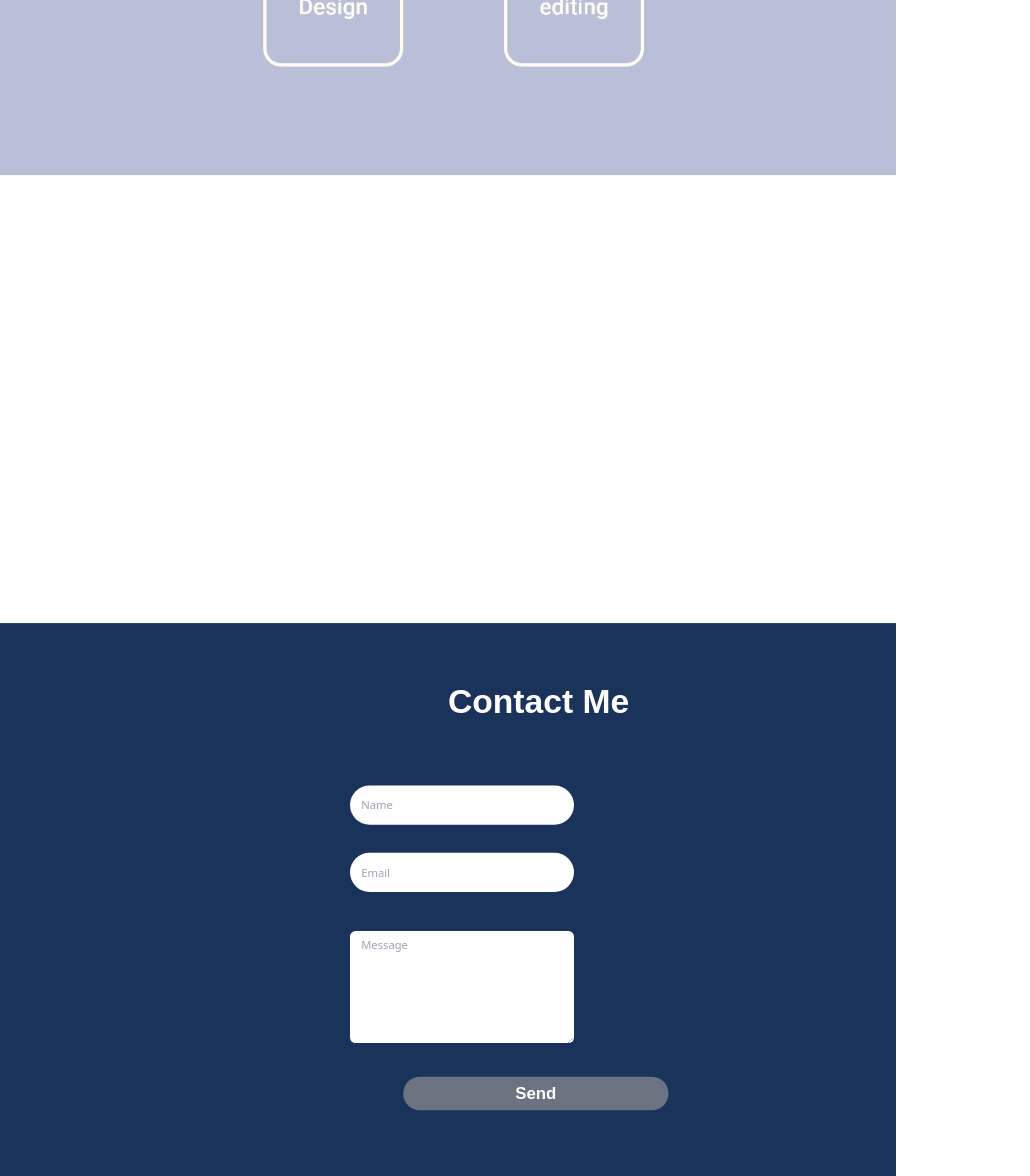
Repository: MEROO1010/my_portfolio
Page: /
The author's editor kept a copy of each file at every save. The page is drawn from the files as they stood at one save, then again after the next save.
The browser window is 1280 px wide. The page is 1472 px wide, so the pictures cover 1472 px, including what lies to the right of the window. The pictures show the part of the page from y = 3113 to 4793 px (the page is 5137 px tall before and 4883 px after), at 70% of full size.
The project was rebuilt for these pictures with package versions that can differ from the ones it lists, and the page was loaded fresh each time. The framework's server and built-in components were replaced by stand-ins that run in the browser. Also part of the build but not shown: next.config.js.

Above is the page before, as saved 2023-10-04 12:43:18.

### pages/_app.tsx
import '../styles/globals.css'
import type { AppProps } from 'next/app'
import 'tailwindcss/tailwind.css'


function MyApp({ Component, pageProps }: AppProps) {
  return <Component {...pageProps} />
}

export default MyApp

### pages/index.tsx
import type { NextPage } from 'next'
import AboutMe from './components/AboutMe'
import ContactMe from './components/ContactMe'
import Experience from './components/Experience'
import HomePage from './components/HomePage'
import Services from './components/Services'

const Home: NextPage = () => {
  return (
    <div>

      <HomePage/>
      <AboutMe/>
      <Experience/>
      <Services/>
      <ContactMe/>
    </div>
  )
}

export default Home

### styles/globals.css
@tailwind base;
@tailwind components;
@tailwind utilities;
@import url('https://fonts.googleapis.com/css2?family=Raleway:ital,wght@0,400;0,500;0,600;0,700;1,500;1,600&display=swap')

### pages/components/AboutMe.tsx
import React from 'react'
import Image from 'next/image'


const AboutMe = () => {
  return (
    <div >


        <div className="  static my-80 py-80  top-20    ">
        <Image src="/assets/images/bg2.png" alt="laptop" width={1920} height={5200}/>
        </div>



        <div className=" text-[#FFFCF6] relative right-20 bottom-60     ">
            <div className=" absolute  mx-60 my-80 py-80 bottom-80  left-24
 ">
            <h1 className="  font-raleway font-bold  text-[50px]">About me</h1>
            <br/>
            </div>

            <div className="absolute  mx-24 py-80 bottom-32 left-24 ">
            <p className='font-raleway  font-medium   text-[50px]'>
            My name is Marwah Alsaggaf,<br/> and I'm software-developer <br/>
            and graphic designer. I <br/>
            graduated from Arab open <br/> university with a major in
             <br/> Information Technology and Computing
            </p>
            </div>
        </div>

    </div>
  )
}

export default AboutMe

### pages/components/ContactMe.tsx
import React from 'react';
import Form from './Form'

const ContactMe =() =>{


  return (

    <div className="relative  bottom-80 h-screen">
    <div className="relative my-80 py-80  bg-[#19335A]">
      <div>
        <h1 className="absolute py-2 px-60 mx-20 top-20 left-80 font-raleway font-bold text-5xl text-white">
          Contact Me
        </h1>

        <Form />
      </div>
    </div>
    </div>

  );
  }

export default ContactMe;

### pages/components/Experience.tsx
import React from "react";
import Image from "next/image";
import { motion } from "framer-motion";
import 'animate.css';


const Experience = () => {
  return (
    <div className="relative   bottom-80">
      <div className="relative  bottom-80      " >
      <div className="bg-[#19335A] static py-12">
        <div className="absolute px-60 py-20 mx-80 left-24  ">
          <h1 className="text-[#FFFCF6] text-[46px]  font-raleway font-bold ">
            Experience
          </h1>
        </div>
        <motion.div
      className="box"
      whileHover={{ scale: 1.1 }}
      transition={{ type: "spring", stiffness: 400, damping: 10 }}
      initial={{ opacity: 0, scale: 0.5 }}
      animate={{ opacity: 1, scale: 1 }}

    >
        <div >
          <Image
            className="relative mx-4 left-24 top-60 "
            src="/assets/images/programming-languges.png" alt={""}
            width={542}
            height={542}
            />
        </div>
        </motion.div>
        <div className="relative mx-60 left-80 bottom-80 ">
        <motion.div
      className="box"
      whileHover={{ scale: 1.1 }}
      transition={{ type: "spring", stiffness: 400, damping: 10 }}
      initial={{ opacity: 0, scale: 0.5 }}
      animate={{ opacity: 1, scale: 1 }}
    >
          <Image
            className="relative mx-60  left-8 top-11 "
            src="/assets/images/software.png"
            alt="laptop"
            width={542}
            height={542}
          />
        </motion.div>
        </div>


      </div>
    </div>
    </div>
  );
};

export default Experience;

### pages/components/HomePage.tsx
import React from 'react'
import Image from 'next/image'


const HomePage = () => {
  return (
    <div className='bg-slate-700'>
        <Image src="/header.png" alt="Header" width={2000} height={0}/>

        <div className='mx-16 py-1  top-1  absolute	  '>
        <Image src="/my_logo_white.png" alt="My Logo" width={50} height={0}/>
        </div>

        <div>
          <ul className=' relative   float-right flex flex-col  px-12 mx-40 py-1 right-28   bottom-14   space-x-16 md:flex-row text-[#FFFCF6] text-[24px] font-raleway'>
            <li>Home</li>
            <li>About Me</li>
            <li>Skills</li>
            <li>My Work</li>
            <li>Contact Me</li>
          </ul>
        </div>


       <div className=' absolute   '>
       <Image src="/assets/images/MainPage.png" alt="main image" width={1920} height={912}/>
        {/*add About Me button*/}
       <div className='absolute px-10 my-80 mx-60 left-80 top-32 '>
       <button className='bg-[#19335A] rounded-3xl w-60 h-10  text-[20px] text-[#B8BFD6] font-raleway font-semibold shadow-xl' >About me</button>
       </div>

        {/*add my others accounts list*/}

        <div>
          <ul className=' absolute   float-right flex flex-col top-80 py-60 px-40 mx-80 right-40   space-x-8 md:flex-row '>
            <li><a href='https://github.com/MEROO1010'><Image src="/assets/images/github.png" alt="main image" width={54} height={54}/></a></li>
            <li><a href='https://www.instagram.com/meroo_alsaggaf/'><Image src="/assets/images/instagram.png" alt="main image" width={64} height={53}/></a></li>
            <li><a href='https://www.behance.net/merooalsaggaf'><Image src="/assets/images/behance.png" alt="main image" width={54} height={54}/></a></li>
            <li><a href='https://www.linkedin.com/in/marwah-alsaggaf-ba44011b2/'><Image src="/assets/images/linkedIn.png" alt="main image" width={54} height={54}/></a></li>
          </ul>
        </div>
       </div>






    </div>
  )
}

export default HomePage

### pages/components/Services.tsx
import React from 'react'
import Square from './Square'

const Services = () => {
  return (
    <div className="relative  bottom-80">
      <div className="relative py-80 bottom-80 bg-[#B8BFD6]">
        <div className="h-40">
          {" "}
          {/* Change h-40 to h-auto */}
          <div>
            <h1 className="relative  px-80 bottom-80 left-60 mx-40 my-20  font-raleway font-bold text-4xl text-[#FFFCF6]">
              Service
            </h1>
          </div>
          <Square />
        </div>
      </div>
    </div>
  );
}

export default Services

### pages/components/Form.tsx
import React, { useState } from 'react';

const Form = () => {
  const [formData, setFormData] = useState({
    name: '',
    email: '',
    message: ''
  });

  const handleSubmit = async (e: { preventDefault: () => void; }) => {
    e.preventDefault();

    try {
      const response = await fetch('/api/contact', {
        method: 'POST',
        headers: {
          'Content-Type': 'application/json'
        },
        body: JSON.stringify(formData)
      });

      if (response.ok) {
        alert('Message sent successfully!');
        setFormData({ name: '', email: '', message: '' });
      } else {
        alert('Error sending message');
      }
    } catch (error) {
      console.error('Error:', error);
      alert('Error sending message');
    }
  };

  const handleChange = (e: { target: { name: any; value: any; }; }) => {
    const { name, value } = e.target;
    setFormData((prevData) => ({
      ...prevData,
      [name]: value
    }));
  };

  return (
    <div className="text-center">
      <form onSubmit={handleSubmit}>
        <input
          type="text"
          name="name"
          placeholder="Name"
          value={formData.name}
          onChange={handleChange}
          className="relative px-4 py-2 mx-4 my-2  left-5 bottom-24 rounded-full h-14 w-80"
        /><br/><br/>
        <input
          type="text"
          name="email"
          placeholder="Email"
          value={formData.email}
          onChange={handleChange}
          className="relative px-4 py-2 mx-4 my-2 left-5 bottom-24 rounded-full h-14 w-80"
        /><br/>
        <textarea
          name="message"
          placeholder="Message"
          value={formData.message}
          onChange={handleChange}
          className="relative px-4 py-2 mx-14 my-20 left-5 bottom-32 rounded-lg h-40 w-80"
        ></textarea>
        <button
          type="submit"
          className="absolute bottom-54 left-64 px-40 py-2 mx-80 my-40 font-raleway text-2xl font-semibold text-white bg-gray-500 w-120 h-12 rounded-full"
        >
          Send
        </button>
      </form>
    </div>
  );
};

export default Form;

### pages/components/Square.tsx
import React from 'react'
import Image from 'next/image'
import { motion } from "framer-motion";


const Square = () => {
  return (
    <div className="flex justify-center items-center h-screen relative  left-48 bottom-40">
    <div className="grid grid-cols-3 gap-20">

        <div className="relative right-40 bottom-60 ">
            <Image src="/assets/images/logodesign.png" alt="Logo Design" width={200} height={200} />
        </div>

        <div className="relative  right-40 bottom-60">
            <Image src="/assets/images/programming.png" alt="Programming" width={240} height={200} />
        </div>

        <div className="relative right-40 bottom-60">
            <Image src="/assets/images/uiux.png" alt="UI/UX Design" width={200} height={200} />
        </div>

        <div className="relative right-4 bottom-60">
            <Image src="/assets/images/webdesign.png" alt="Web Design" width={200} height={200} />
        </div>

        <div className="relative left-2 bottom-60">
            <Image src="/assets/images/videoediting.png" alt="Video Editing" width={200} height={200} />
        </div>
    </div>
</div>

  )
}

export default Square

### tailwind.config.js
/** @type {import('tailwindcss').Config} */
module.exports = {
   purge: ['./pages/**/*.{js,ts,jsx,tsx}', './components/**/*.{js,ts,jsx,tsx}'],
  content: [
    './pages/**/*.{js,ts,jsx,tsx}',
    './components/**/*.{js,ts,jsx,tsx}',
    './app/**/*.{js,ts,jsx,tsx}',
  ],
  theme: {
    extend:
    {
      fontFamily: {
        'raleway': ['Raleway', 'sans-serif']
      },
    },
  },
  plugins: [],
}

After the next save:
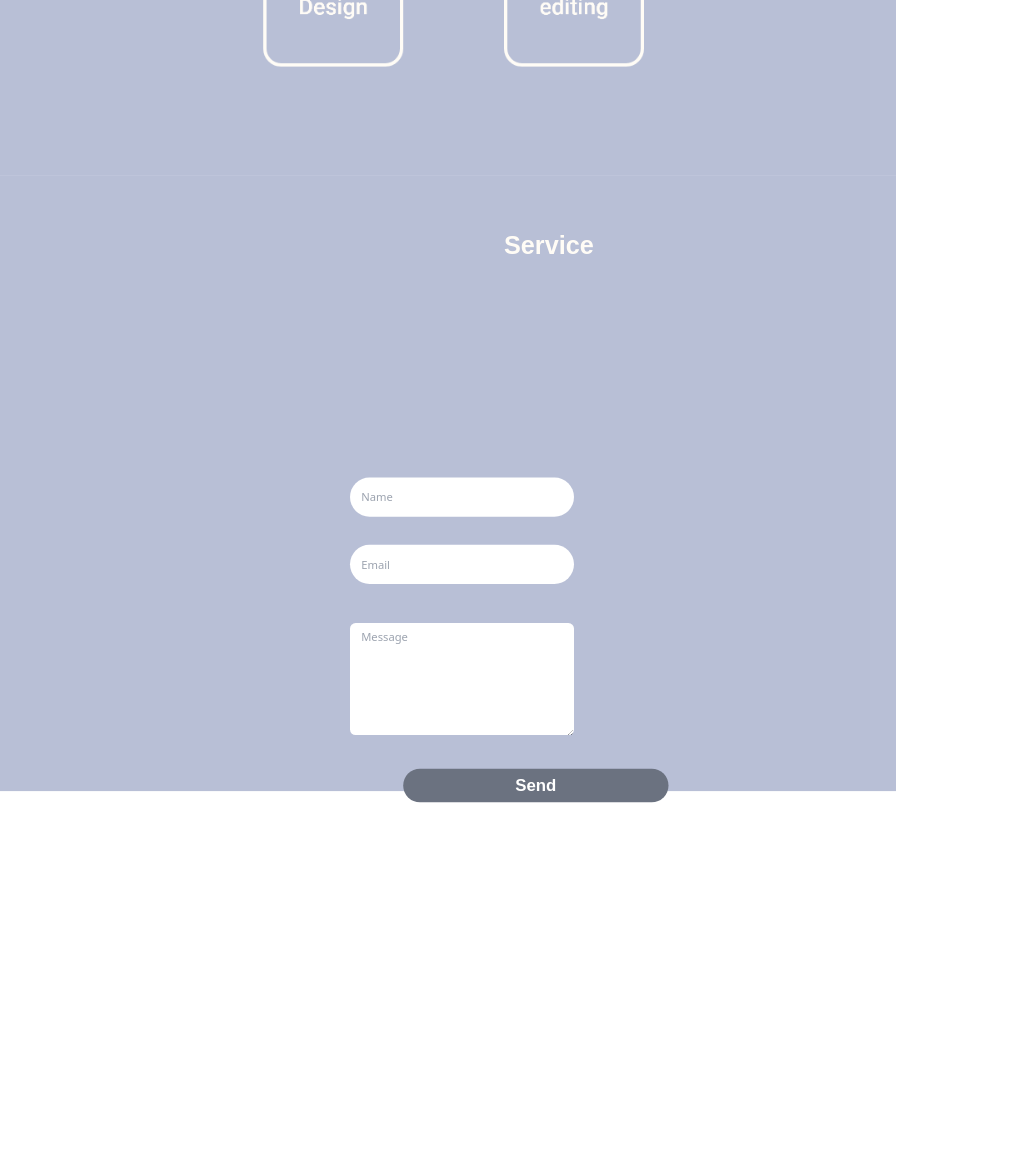
Saved 25 s later.
--- a/pages/components/ContactMe.tsx
+++ b/pages/components/ContactMe.tsx
@@ -6,16 +6,19 @@ const ContactMe =() =>{
 
   return (
 
-    <div className="relative  bottom-80 h-screen">
-    <div className="relative my-80 py-80  bg-[#19335A]">
-      <div>
-        <h1 className="absolute py-2 px-60 mx-20 top-20 left-80 font-raleway font-bold text-5xl text-white">
-          Contact Me
-        </h1>
-
-        <Form />
+    <div className="relative  bottom-80">
+      <div className="relative py-80 bottom-80 bg-[#B8BFD6]">
+        <div className="h-40">
+          {" "}
+          {/* Change h-40 to h-auto */}
+          <div>
+            <h1 className="relative  px-80 bottom-80 left-60 mx-40 my-20  font-raleway font-bold text-4xl text-[#FFFCF6]">
+              Service
+            </h1>
+          </div>
+          <Form />
+        </div>
       </div>
-    </div>
     </div>
 
   );
